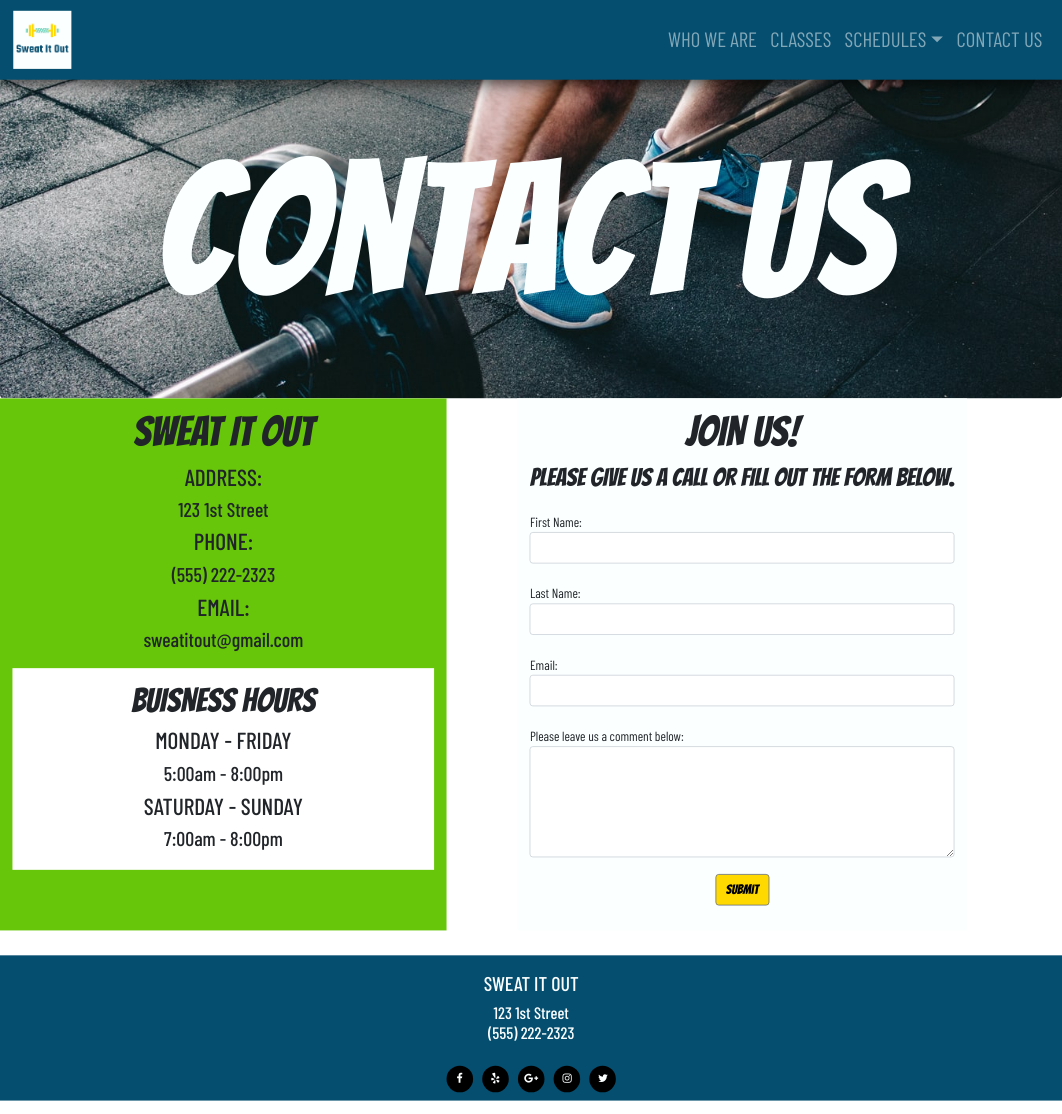
Repository: amybru/sweatitout
Page: contact.html
The author's editor kept a record of every edit. The page is drawn from the files as they stood at one moment, then again after the next edit.
The browser window is 1280 px wide. The pictures show the whole page, at 83% of full size.
Some web fonts or font styles are not loaded; a fallback is used. Some web libraries are served in a nearby version.

Above is the page before.

### contact.html
<!DOCTYPE html>
<html lang="en">
   <head>
      <meta charset="utf-8">
      <meta name="viewport" content="width=device-width, initial-scale=1.0">
      <link rel="stylesheet" href="https://maxcdn.bootstrapcdn.com/bootstrap/4.2.1/css/bootstrap.min.css" type="text/css" />
      <link rel="stylesheet" href="https://maxcdn.bootstrapcdn.com/font-awesome/4.7.0/css/font-awesome.min.css" type="text/css" />
      <link href="https://fonts.googleapis.com/css?family=Bangers|Barlow+Condensed:200,300,400,500,700&display=swap" rel="stylesheet">
      <link rel="stylesheet" type="text/css" href="css/style.css">
      <title>Gym</title>
   </head>
   <body>
      <!--Navbar-->
      <header>
         <nav class="navbar navbar-expand-lg navbar-dark bg-default fixed-top">
            <a class="navbar-brand" href="index.html">
            <img src="./img/logo.png" width="70" height="70" alt="logo">
            </a>
            <button class="navbar-toggler" type="button" data-toggle="collapse" data-target="#navbarNavDropdown" aria-controls="navbarNavDropdown" aria-expanded="false" aria-label="Toggle navigation">
            <span class="navbar-toggler-icon"></span>
            </button>
            <div class="collapse navbar-collapse" id="navbarNavDropdown">
               <ul class="navbar-nav ml-auto">
                  <li class="nav-item">
                     <a class="nav-link uppercase" href="about.html">Who We Are</a>
                  </li>
                  <li class="nav-item">
                     <a class="nav-link uppercase" href="classes.html">Classes</a>
                  </li>
                  <li class="nav-item dropdown d-none d-lg-block">
                     <a class="nav-link dropdown-toggle uppercase" href="#" id="navbarDropdownMenuLink" role="button" data-toggle="dropdown" aria-haspopup="true" aria-expanded="false">Schedules</a>
                     <div class="dropdown-menu" aria-labelledby="navbarDropdownMenuLink">
                        <a class="dropdown-item uppercase" href="./img/2018schedule.pdf" target="_blank">2018 Schedule</a>
                        <a class="dropdown-item uppercase" href="./img/2019schedule.pdf" target="_blank">2019 Schedule</a>
                        <a class="dropdown-item uppercase" href="./img/2019schedule.pdf" target="_blank">2020 Schedule</a>
                     </div>
                  </li>
                  <li class="nav-item">
                     <a class="nav-link uppercase" href="contact.html">Contact Us</a>
                  </li>
               </ul>
            </div>
         </nav>
      </header>
      <!--Jumbotron contact us page-->
      <section class="jumbotron" id="contact-view">
         <div class="row">
            <div class="col">
               <section class="callout">
                  <h2 class="gym-name">Contact Us</h2>
               </section>
            </div>
         </div>
      </section>
      <!--Buisness Details-->
      <section class="container-fluid">
         <div class="row">
            <div class="column left col">
               <div class="contact-info-item">
                  <div class="key">
                     <h2 class="uppercase contact-gym-name">
                        SWEAT IT OUT
                     </h2>
                  </div>
               </div>
               <div class="contact-info-item">
                  <div class="key">
                     <h3 class="uppercase">
                        Address:
                     </h3>
                  </div>
                  <div class="value">
                     <h4>
                        123 1st Street
                     </h4>
                  </div>
               </div>
               <div class="contact-info-item">
                  <div class="key">
                     <h3 class="uppercase">
                        Phone:
                     </h3>
                  </div>
                  <div class="value">
                     <h4>
                        (555) 222-2323
                     </h4>
                  </div>
               </div>
               <div class="contact-info-item">
                  <div class="key">
                     <h3 class="uppercase">
                        Email:
                     </h3>
                  </div>
                  <div class="value">
                     <h4>
                        sweatitout@gmail.com
                     </h4>
                  </div>
               </div>
               <div class="buisnessinfo">
                  <div class="buisness-info-item">
                     <div class="key">
                        <h2 class="uppercase contact-gym-hours">
                           Buisness Hours
                        </h2>
                     </div>
                     <div class="buisness-info-item">
                        <div class="key">
                           <h3 class="uppercase">
                              Monday - Friday
                           </h3>
                        </div>
                        <div class="value">
                           <h4>
                              5:00am - 8:00pm
                           </h4>
                        </div>
                     </div>
                     <div class="buisness-info-item">
                        <div class="key">
                           <h3 class="uppercase">
                              Saturday - Sunday
                           </h3>
                        </div>
                        <div class="value">
                           <h4>
                              7:00am - 8:00pm
                           </h4>
                        </div>
                     </div>
                  </div>
               </div>
            </div>
            <!--Contact Form-->
            <div class="row contact-form">
               <div class="column right col">
                  <h3 class="contact-heading uppercase text-center">Join Us!</h3>
                  <h5 class="uppercase text-center">Please give us a call or fill out the form below.</h5>
                  <div class="center-form">
                     <form>
                        First Name:<br>
                        <input type="text" name="name" id="firstname" class="form-control" required />
                        <br> Last Name:<br>
                        <input type="text" name="name" id="lastname" class="form-control" required />
                        <br> Email:
                        <br>
                        <input type="email" name="email" id="emailaddress" class="form-control" required />
                        <br> Please leave us a comment below:<br>
                        <textarea rows="5" name="comment" id="comment" class="form-control" required></textarea>
                        <div class="form-row text-center">
                           <div class="col">
                              <button type="submit" class="btn btn-secondary btn-contact">Submit</button>
                           </div>
                        </div>
                     </form>
                  </div>
               </div>
            </div>
         </div>
      </section>
      <!--Footer-->
      <footer class="footer container-fluid" id="footer">
         <div>
            <div id="footer-details">
               <h4 class="footer-name uppercase">SWEAT IT OUT</h4>
               <h5 class="block">123 1st Street<br> (555) 222-2323</h5>
            </div>
            <div class="footer-social">
               <ul class="list-inline social-links">
                  <li class="list-inline-item">
                     <a target="_blank" href="https://www.facebook.com/">
                     <i class="fa fa-facebook" aria-hidden="true"></i>
                     <span class="sr-only">Facebook</span>
                     </a>
                  </li>
                  <li class="list-inline-item">
                     <a target="_blank" href="https://www.yelp.com/">
                     <i class="fa fa-yelp" aria-hidden="true"></i>
                     <span class="sr-only">Yelp</span>
                     </a>
                  </li>
                  <li class="list-inline-item">
                     <a target="_blank" href="https://www.google.com/">
                     <i class="fa fa-google-plus" aria-hidden="true"></i>
                     <span class="sr-only">Google+</span>
                     </a>
                  </li>
                  <li class="list-inline-item">
                     <a target="_blank" href="https://www.instagram.com/">
                     <i class="fa fa-instagram" aria-hidden="true"></i>
                     <span class="sr-only">Instagram</span>
                     </a>
                  </li>
                  <li class="list-inline-item">
                     <a target="_blank" href="https://twitter.com/?lang=en">
                     <i class="fa fa-twitter" aria-hidden="true"></i>
                     <span class="sr-only">Twitter</span>
                     </a>
                  </li>
               </ul>
            </div>
         </div>
      </footer>
   </body>
   <script src="https://code.jquery.com/jquery-3.3.1.slim.min.js" integrity="sha384-q8i/X+965DzO0rT7abK41JStQIAqVgRVzpbzo5smXKp4YfRvH+8abtTE1Pi6jizo" crossorigin="anonymous"></script>
   <script src="https://cdnjs.cloudflare.com/ajax/libs/popper.js/1.14.7/umd/popper.min.js" integrity="sha384-UO2eT0CpHqdSJQ6hJty5KVphtPhzWj9WO1clHTMGa3JDZwrnQq4sF86dIHNDz0W1" crossorigin="anonymous"></script>
   <script src="https://stackpath.bootstrapcdn.com/bootstrap/4.3.1/js/bootstrap.min.js" integrity="sha384-JjSmVgyd0p3pXB1rRibZUAYoIIy6OrQ6VrjIEaFf/nJGzIxFDsf4x0xIM+B07jRM" crossorigin="anonymous"></script>
</html>

### css/style.css
/* ----------------------------------------General */

body {
    font-family: 'Barlow Condensed', sans-serif;
    font-size: 400;
    margin-top: 80px;
}

h1 {
    font-family: 'Bangers', sans-serif;
}

.card-button {
    display: block;
    max-width: 300px;
    margin: auto;
    font-family: 'Bangers', sans-serif;
    font-weight: bold;
    border-radius: 23px;
    width: 160px;
    margin-top: 20px;
    background-color: #054e6f;
    color: #fbffff;
}

.card-button:hover {
    background-color: #ffd900;
    color: #fbffff;
}

.reviewb {
    background-color: #054e6f;
    color: #fbffff;
    border-radius: 23px;
    font-family: 'Bangers', sans-serif;
}

.reviewb:hover {
    background-color: #67c60a;
    color: #fbffff;
}

.modalbtn {
    color: #054e6f;
    background-color: #ffd900;
    border-color: #f05f40;
    border-radius: 23px;
    font-family: 'Bangers', sans-serif;
}

.landingbutton {
    color: #054e6f;
    background-color: #ffd900;
    border-radius: 23px;
    border-color: #054e6f;
    font-family: 'Bangers', sans-serif;
}

.landingbutton:hover {
    color: #ffd900;
    background-color: #054e6f;
}

.free-button {
    display: block;
    max-width: 500px;
    margin: auto;
    font-family: 'Bangers', sans-serif;
    font-weight: bold;
    border-radius: 23px;
    width: 300px;
    margin-top: 40px;
    background-color: #054e6f;
    color: #fbffff;
}

.free-button:hover {
    background-color: #67c60a;
    color: #fbffff;
}

.btn-contact[type="submit"] {
    margin-top: 20px;
    margin-bottom: 30px;
    color: #000;
    background-color: #ffd900;
    font-family: 'Bangers', sans-serif;
}

.btn-contact:hover {
    color: #ffd900;
    background-color: #000;
}

.uppercase {
    text-transform: uppercase;
}

/* ----------------------------------------Navbar*/

nav {
    background-color: #054e6f;
    position: fixed;
    top: 0;
    left: 0;
    right: 0;
    display: flex;
    box-shadow: 0 0 25px 0 #000;
    z-index: 1;
}


.navbar-brand {
    width: 80px;
    height: 80px;
    transition: transform .2s;
}

.navbar-brand:hover {
    transform: scale(1.25);
}

.navbar-nav li a {
    text-decoration: none;
    color: #fbffff;
    font-size: 25px;
    border-radius: 23px;
    text-align: right;
    transition-property: background-color;
    transition-duration: .5s;
    transition-timing-function: ease-in-out;
}

.navbar-nav li a:hover {
    color: #054e6f;
    background-color: #fbffff;
    border-radius: 23px;
}

.dropdown-menu {
    background-color: #ffd900;
    color: #054e6f;
    position: relative;
}

.dropdown-item {
    background-color: #ffd900;
    color: #054e6f;
    border-radius: 23px;
}

.dropdown-item:hover {
    color: #054e6f;
    background-color: #fbffff;
    transition-property: background-color;
    transition-duration: .5s;
    transition-timing-function: ease-in-out;
}

/* ---------------------------------------Jumbotrons */

.jumbotron {
    height: 22em;
    display: flex;
    justify-content: center;
    text-align: center;
    position: relative;
    margin-bottom: 0;
}

.jumbotron h2 {
     font-family: 'Bangers', sans-serif;
}

#landing-view {
    background-image: url("../img/fit.jpg");
    max-height: 450px;
    background-position: center;
    background-repeat: no-repeat;
    background-size: cover;
    text-align: center;
    font-size: 2vw;
    color: #fbffff;
}

#about-view {
    background-image: url("../img/sweatitoutgym.jpg");
    max-height: 450px;
    background-position: center;
    background-repeat: no-repeat;
    background-size: cover;
    text-align: center;

    font-size: 2.5vw;
    color: #fbffff;
}

#classes-view {
    background-image: url("../img/workout.jpg");
    max-height: 450px;
    background-position: center;
    background-repeat: no-repeat;
    background-size: cover;
    text-align: center;

    font-size: 2.5vw;
    color: #fbffff;
}

#contact-view {
    background-image: url("../img/gymfour.jpg");
    max-height: 400px;
    background-position: center;
    background-repeat: no-repeat;
    background-size: cover;
    text-align: center;

    font-size: 2.5vw;
    color: #fbffff;
}

/* ----------------------------------------Footer */


footer {
    background-color: #054e6f;
    color: #fbffff;
    text-align: center;
     min-height: 130px;
     margin-bottom: 0;
}

.social-links {
    padding-bottom: 10px;
}

.social-links li a i {
    width: 32px;
    height: 32px;
    padding: 12px 0;
    border-radius: 50%;
    font-size: 13px;
    line-height: 7px;
    text-align: center;
    color: #fbffff;
    background: #000;
    transition: all 0.35s ease-in-out;
    -moz-transition: all 0.35s ease-in-out;
    -webkit-transition: all 0.35s ease-in-out;
    -o-transition: all 0.35s ease-in-out;
}

.social-links li a i:hover {
    background-color: #ffd900;
}

#footer-details {
    padding: 20px;
}

.navbar-toggler {
    color: #fbffff;
}

/* ----------------------------------------Home page styles */

.bg-color-about-landing {
    background-color: #fbffff;
    padding-top: 10px;
    margin-top: 10px;
    margin-bottom: 35px;
}

.bg-color-services-landing {
    background-color: #7bd7c2;
    padding: 40px;
}

.about-landing-page h3 {
    font-size: 60px;
    font-family: 'Bangers', sans-serif;
}

.about-landing-page p {
    font-size: 30px;
}

.gym-name {
    font-size: 7em;
}

.card-main {
    margin: 20px 10px;
    transition: transform .2s;
}

.card-main:hover {
    transform: scale(1.25);
}

.card-title {
    font-family: 'Bangers', sans-serif;
}

.review {
     background-color: #ffd900;
     margin: 0;
     padding-top: 15px;
     padding-bottom: 20px;
}

#reviews {
    font-family: 'Bangers', sans-serif;
    font-size: 40px;
}

/* ----------------------------------------About Page styles */


.services-page{
    justify-content: center;
}

.about-gallery {
    background-color: #7bd6c2;
    padding: 20px;
    margin: 0;
}

.about-gallery .flex {
    display: flex;
    padding: 30px;
}

.about-gallery h2 {
    margin-bottom: 40px;
    font-family: 'Bangers', sans-serif;
    font-size: 55px;
    padding-top: 20px;
    padding-left: 30px;
}

.about-gallery h3 {
    font-weight: 400;
    width: 100%;
    font-size: 32px;
    font-family: 'Bangers', sans-serif;
    line-height: 1;
}

.about-gallery p {
    font-weight: 400;
    margin-top: 5px;
    font-size: 18px;
    max-width: 600px;
    text-align: justify;
}

.about-gallery .photo {
    width: 208px;
    height: 211px;
    border-radius: 50%;
    position: relative;
    margin-right: 5px;
}

.about-gallery .border {
    border: 5px solid #fbffff;
}

.instructor-details {
    padding-left: 30px;
    padding-right: 100px;
}


.about-skills {
    background-color: #054e6f;
    padding-top: 20px;
    padding-bottom: 20px;
    margin: 0;
}

.about-skills h3 {
    font-family: 'Bangers', sans-serif;
    font-size: 60px;
    text-align: center;
    color: #fff;
}

.about-about {
    padding-bottom: 15px;
}

.about-about h4 {
    color: #fbffff;
     font-size: 35px;
}

.sweatitskill {
    font-family: 'Bangers', sans-serif;
    font-size: 30px;
    color: #ffd900;
    margin-top: 10px;
}

.about-signup {
    background-color: #ffd900;
    text-align: center;
    padding-top: 50px;
    padding-bottom: 20px;
}

.about-signup h3 {
    font-family: 'Bangers', sans-serif;
    font-size: 55px;
}

.about-signup p {
    font-size: 30px;
}

/* ----------------------------------------Classes page styles*/

.classesavailable {
    background-color: #7bd7c2;
    padding: 0;
    align-items: center;
}

.blurb {
    padding: 20px;
}

.content {
    align-items: center;
    margin: 0;
    padding: 0;
}

.blurb h4 {
    font-size: 2rem;
}

#optionone {
    padding-left: 0;
    background-position: center;
    background-repeat: no-repeat;
    background-size: cover;
    text-align: center;
}

#optiontwo {
    padding-right: 0;
    background-position: center;
    background-repeat: no-repeat;
    background-size: cover;
    text-align: center;
}

#optionthree {
    padding-left: 0;
    background-position: center;
    background-repeat: no-repeat;
    background-size: cover;
    text-align: center;
}

#optionfour {
    padding-right: 0;
    background-position: center;
    background-repeat: no-repeat;
    background-size: cover;
    text-align: center;
}


.row {
    margin-right: 0;
    padding: 0;
}



table {
    border-collapse: collapse;
    border: 2px solid rgb(200, 200, 200);
    letter-spacing: 1px;
    font-size: 0.8rem;
    margin-bottom: 10px;
    margin-top: 30px;
}

.weekday {
    font-family: 'Bangers', sans-serif;
    font-size: 20px;

}

td,
th {
    border: 1px solid rgb(190, 190, 190);
    padding: 10px 20px;
}

th {
    background-color: rgb(235, 235, 235);
}

td {
    text-align: center;
}

@media only screen and (max-width: 1026px) {
  .scheduling  {
    display: none;
  }
}

.schedule-pdf i {
    font-size: 25px;
    color: #ffd900;
    background-color: #054e6f;
    width: 45px;
    height: 45px;
    padding: 20px 0px;
    border-radius: 50%;
    line-height: 6px;
    text-align: center;
    transition: all 0.35s ease-in-out;
    -moz-transition: all 0.35s ease-in-out;
    -webkit-transition: all 0.35s ease-in-out;
    -o-transition: all 0.35s ease-in-out;
}

.schedule-pdf i:hover {
    color: #054e6f;
    background-color: #ffd900;
}

.classesbtn {
    background-color: #054e6f;
    color: #ffd900;
    border-radius: 23px;
    font-family: 'Bangers', sans-serif;
}

.classesbtn:hover {
    background-color: #ffd900;
    color: #054e6f;
}

.general-sub {
    font-family: 'Bangers', sans-serif;
    font-size: 3em;
}

#schedule {
    padding: 15px;
}

#schedule h5 {
    font-family: 'Bangers', sans-serif;
    font-size: 2.5em;
}


/* ----------------------------------------Contact page styles*/
.container-fluid {
    width: 100%;
    padding-left: 15px;
    margin-right: auto;
    margin-left: auto;
}

.column {
    float: left;
    margin-top: 0px;
    padding-top: 10px;
    margin-bottom: 30px;
    background-color: #67c60a;
}

.left {
    width: 40%;
    background-color: #67c60a;
    text-align: center;
}

.right {
    width: 60%;
    background-color: #fbffff;
    justify-content: center;
}

.contact-gym-name {
    font-family: 'Bangers', sans-serif;
    font-size: 50px;
}

.contact-info-item .key {
    font-size: 30px;
    font-weight: 600;
}

.contact-info-item .value {
    font-size: 25px;
}


.contact-gym-hours {
    font-family: 'Bangers', sans-serif;
    font-size: 40px;
}

.buisnessinfo {
    background-color: white;
    padding: 15px 0px;
    margin-top: 20px;
    margin-bottom: 10px;
}

.buisness-info-item .key {
    font-size: 30px;
    font-weight: 600;
}

.buisness-info-item .value {
    font-size: 25px
}

.contact-form {
    padding-left: 100px;
    padding-right: 100px;
}

form {
    padding-top: 15px;
}

.contact-form h3 {
    font-family: 'Bangers', sans-serif;
    font-size: 50px;
}

.contact-form h5 {
    font-family: 'Bangers', sans-serif;
    font-size: 30px;
}

.contact-heading {
    font-family: 'Bangers', sans-serif;
    font-size: 50px;
}

After the next edit:
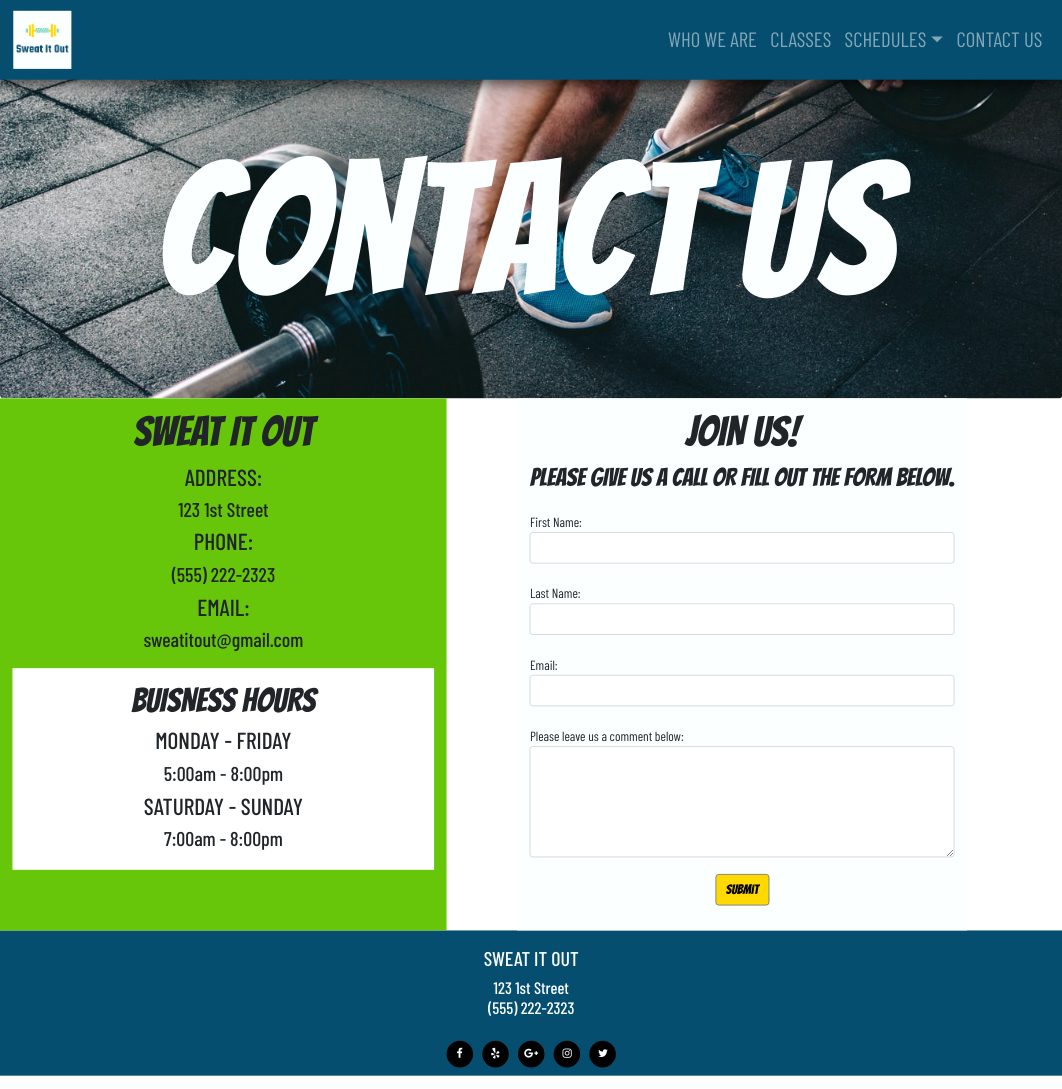
The edit:
--- a/css/style.css
+++ b/css/style.css
@@ -577,7 +577,6 @@
     float: left;
     margin-top: 0px;
     padding-top: 10px;
-    margin-bottom: 30px;
     background-color: #67c60a;
 }
 
